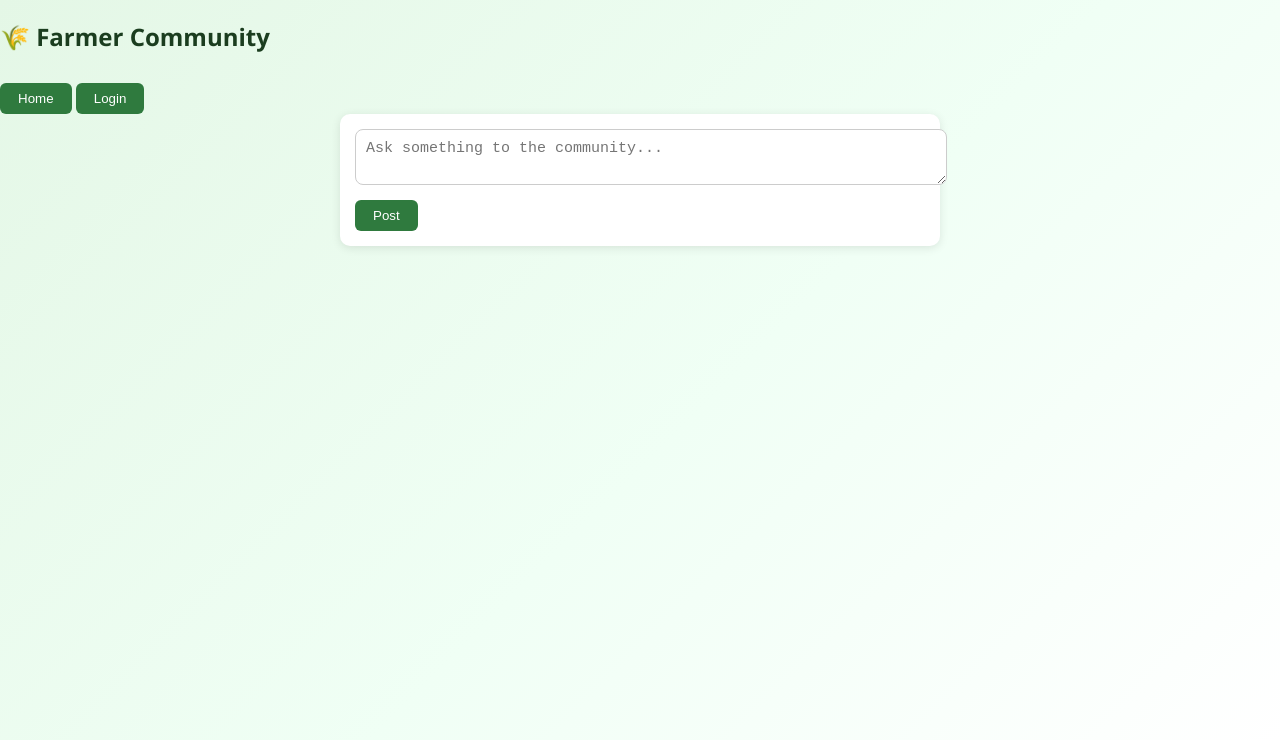
Repository: Desterhub/Agrogyanchatgpt
Page: agrogyan-gpt-main/frontend/community.html
These files come from the project's save history. The page is drawn as it stood at one moment and after the next save; the edit follows.
The browser window is 1280 px wide. The pictures show the whole page.
The page's requests for data from a server got no answer.

Above is the page before, as saved 2026-03-11 22:59:51.

After the next save:
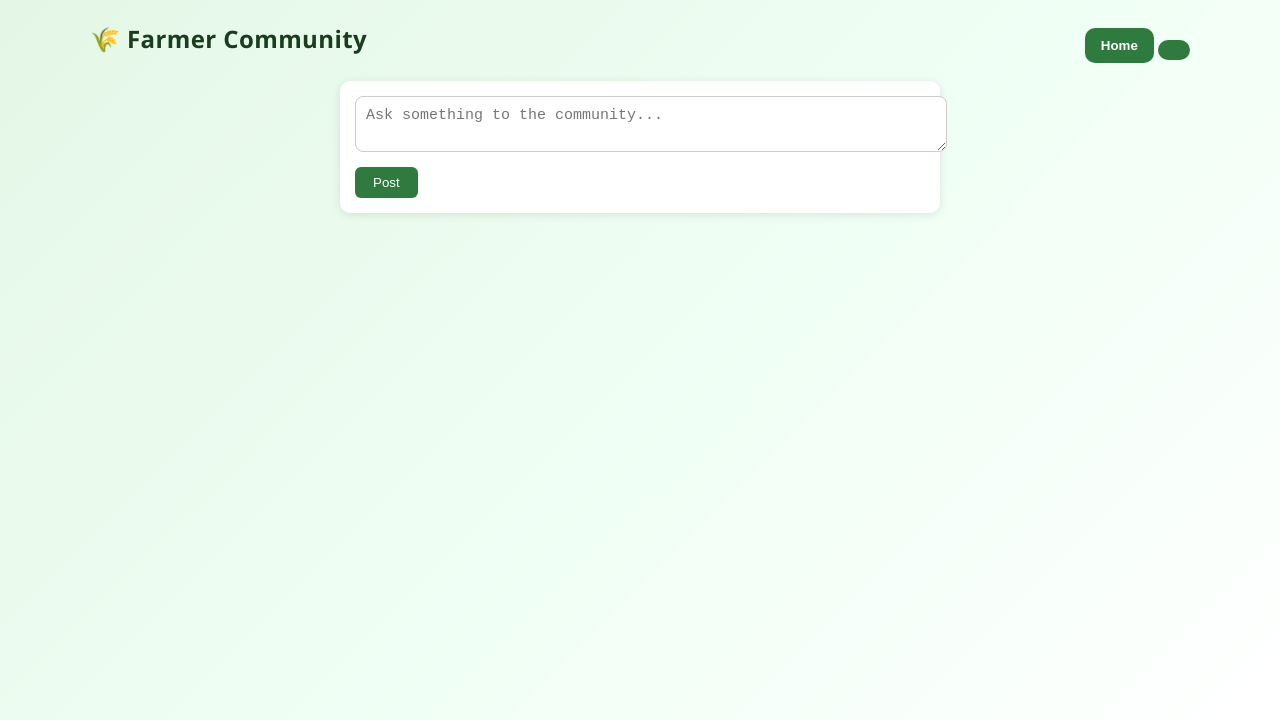
Console error: TypeError: Cannot read properties of null (reading 'style')
Saved 15 s later.
--- a/agrogyan-gpt-main/frontend/community.html
+++ b/agrogyan-gpt-main/frontend/community.html
@@ -129,16 +129,17 @@
 
 <body>
 
-<div class="header">
-  <div class="header-top">
-    <h2>🌾 Farmer Community</h2>
-    <div class="nav-buttons">
-      <button onclick="goHome()">Home</button>
-      <button id="loginBtn" onclick="goLogin()">Login</button>
-      <button id="logoutBtn" onclick="logoff()">Logoff</button>
+<header class="top-bar">
+    <div class="brand-left">
+        🌾 Farmer Community
+        <div id="welcomeUser" class="welcome-text"></div>
     </div>
-  </div>
-</div>
+
+    <div class="top-actions">
+        <button class="nav-btn" onclick="goHome()">Home</button>
+        <button id="authButton" class="nav-btn"></button>
+    </div>
+</header>
 
 
 <div class="container">
